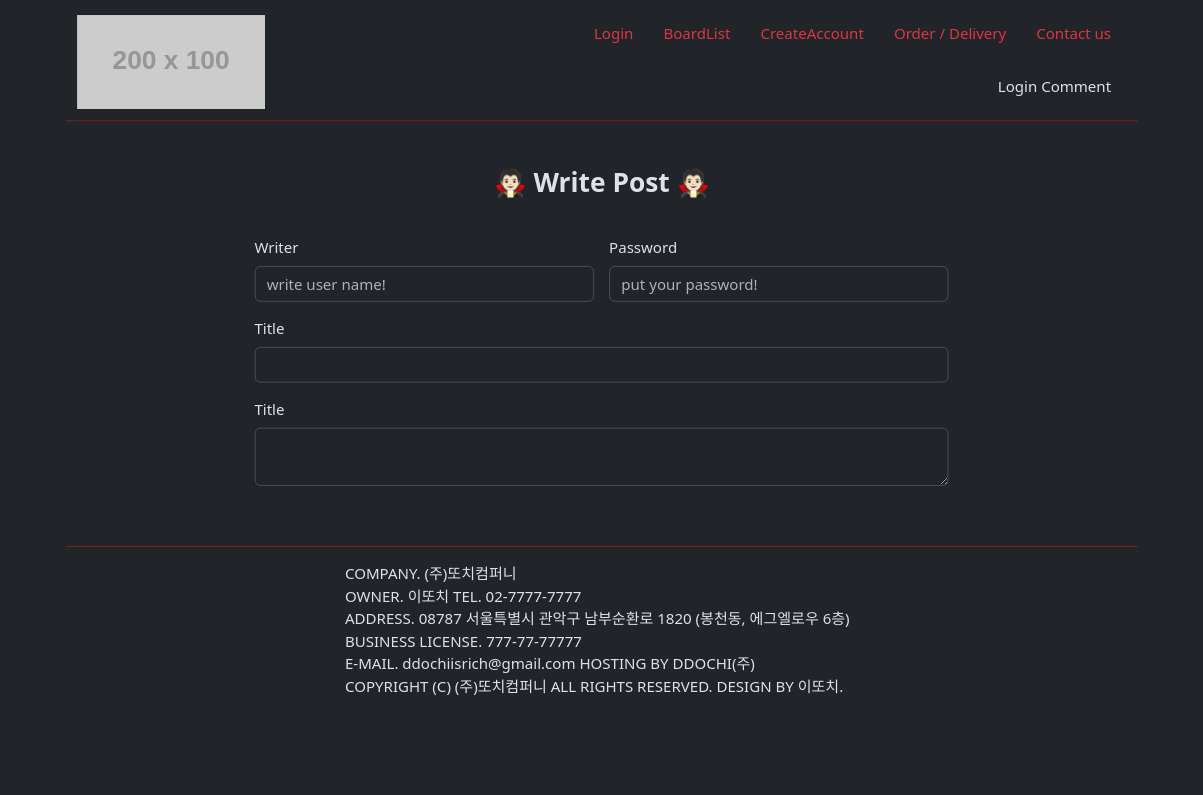
Repository: ddochiisrich/Ddochi-Web
Page: http://localhost/JSPClassCh06/writeForm
These files come from the project's save history. The page is drawn as it stood at one moment and after the next save; the edit follows.
The browser window is 1280 px wide. The pictures show the whole page, at 94% of full size.
The page is served by Tomcat 9.

Above is the page before, as saved 2024-04-11 04:49:37.

After the next save:
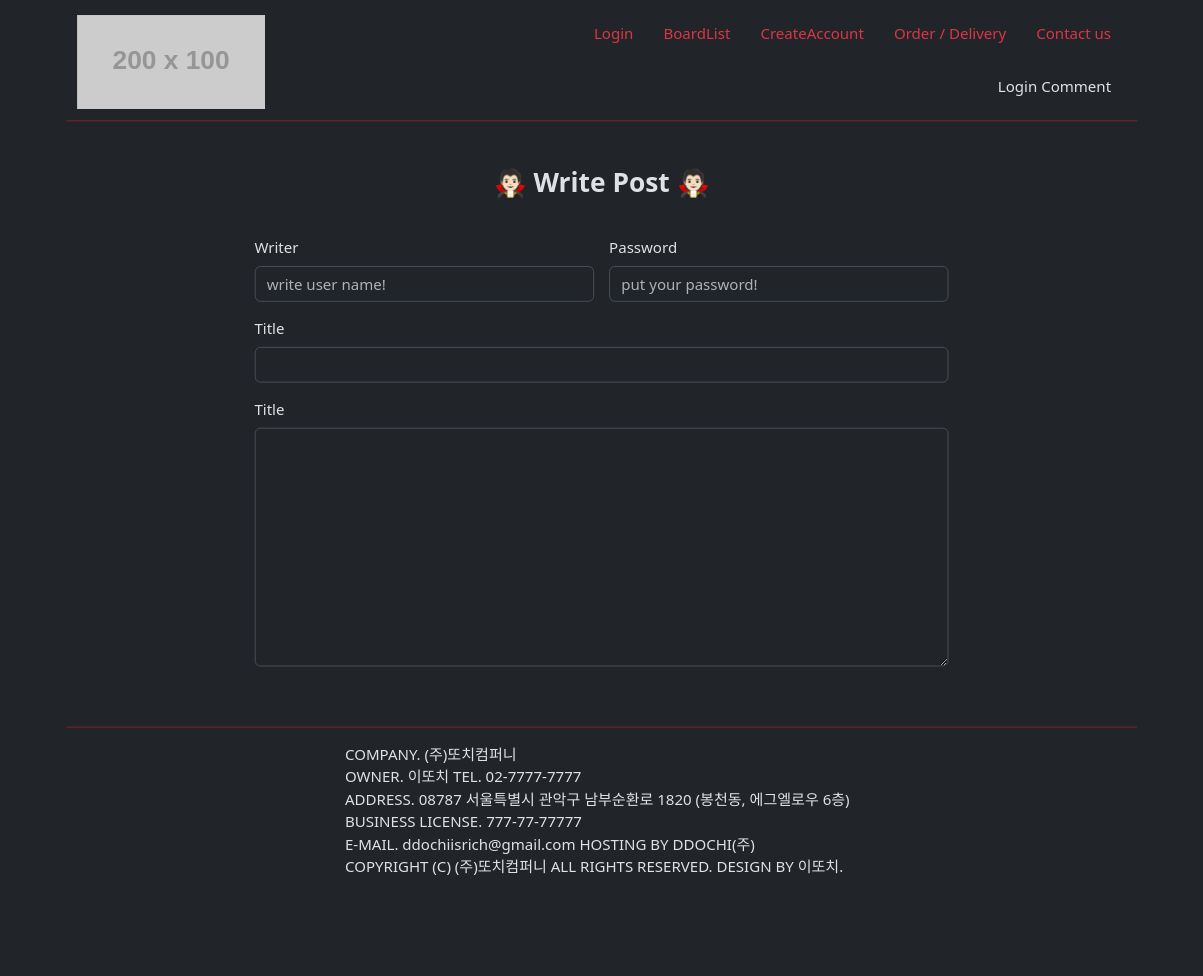
Saved 7 s later.
--- a/JSPClassCh06/src/main/webapp/WEB-INF/board/writeForm.jsp
+++ b/JSPClassCh06/src/main/webapp/WEB-INF/board/writeForm.jsp
@@ -39,7 +39,7 @@
 						<label for="title" class="form-label">Title</label> <input type="text" class="form-control" id="title" name="title">
 					</div>
 					<div class="col-8 offset-2">
-						<label for="title" class="form-label">Title</label> <textarea class="form-control" id="content" name="content" row="10"></textarea>
+						<label for="title" class="form-label">Title</label> <textarea class="form-control" id="content" name="content" rows="10"></textarea>
 					</div>
 				</form>
 
